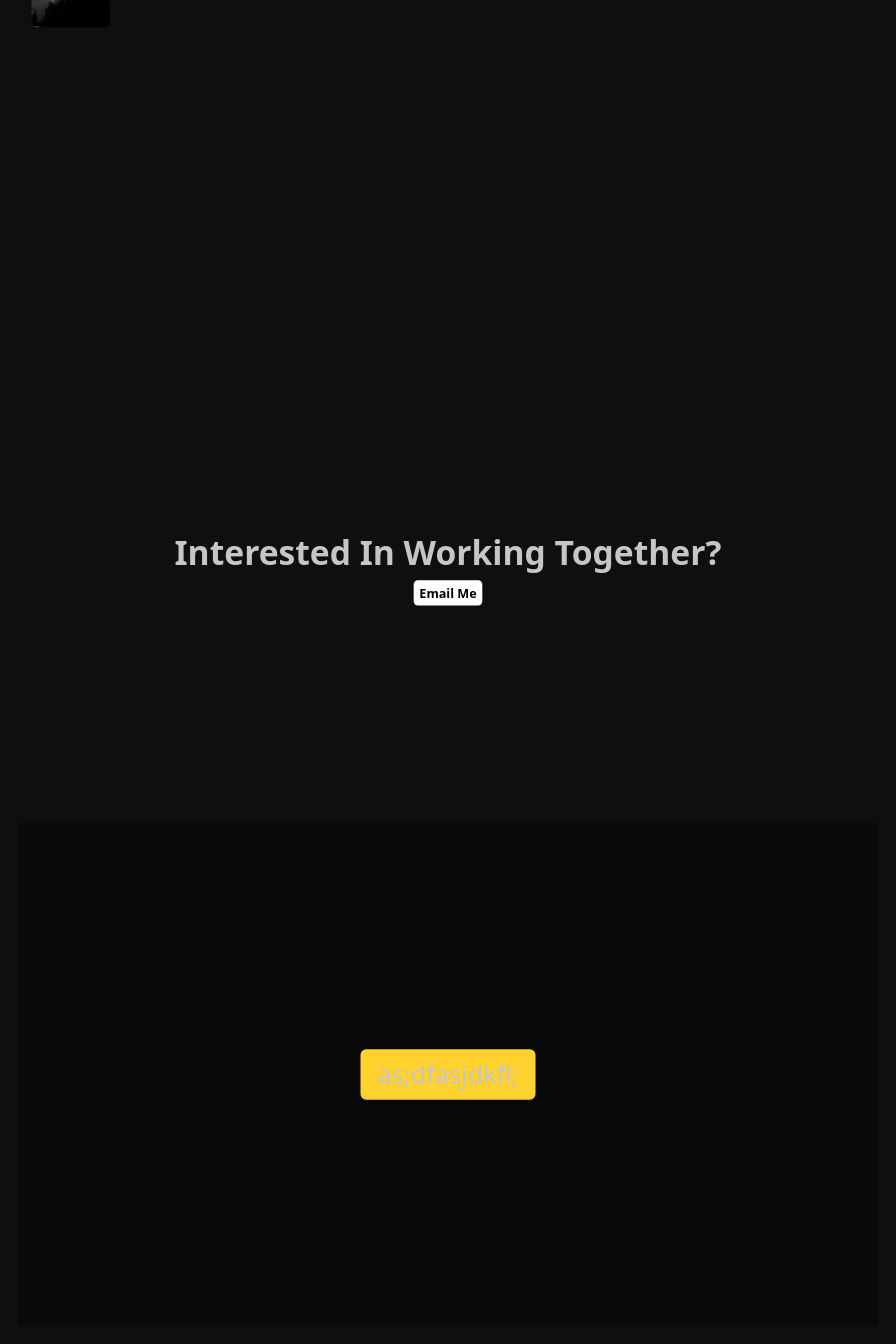
Repository: hitoutvrma/portfolio
Page: /
An editor plug-in stored every save of this project. The page is shown before and after the next save, followed by the edit.
The browser window is 1280 px wide. The pictures show the part of the page from y = 1010 to 2930 px (the page is 2930 px tall), at 70% of full size.
The project was rebuilt for these pictures with package versions that can differ from the ones it lists, and the page was loaded fresh each time. Also part of the build but not shown: vite.config.js.

Above is the page before, as saved 2025-03-08 21:09:53.

### src/index.css
@import "tailwindcss";
body{
    background-color: #0f0f0f;
    color: #c8c6c4;
    padding: 25px;
}

### src/App.jsx
import WorkTogether from './Components/WorkTogether'
import Front from './Components/Front'
import Work from './Components/Work'
import CursorImagePop from './Components/CursorImagePop'

function App() {

  return (
    <div className=''>

      <Front/>
      <Work/>
      <WorkTogether/>
      <CursorImagePop/>
    </div>
  )
}

export default App

### src/Components/WorkTogether.jsx


function WorkTogether() {
  return (
    <div className='h-screen sm:p-5 flex flex-col justify-center items-center'>
        <div className="flex items-center justify-center flex flex-col gap-4" >
      <p className="sm:text-5xl text-3xl text-center font-bold">
        Interested In Working Together?
        </p>
      <button className="px-2 py-1 text-lg font-bold  bg-white text-black hover:bg-pink-200 cursor-pointer transition-colors duration-300 rounded-md ">Email Me</button>
        </div>

    </div>
  )
}

export default WorkTogether

### src/Components/Front.jsx
import React from 'react'
import {animate, delay, hover, motion} from 'framer-motion'
import AnimatedParagraph from './AnimatedParagraph'
import AnimatedParagraphs from './AnimatedParagraph'
function Front() {
  const name = ["hitesh Verma"]
  const para1 = ["is an award-winning multidisciplinary digital web developer based in India"]
  const para2 = ["creative Director and founder at"]
  const para3 = ["bitCheat"]
  return (
    <div className='sm:h-screen md:h-screen'>
    <div className="sm:flex">
      <div className='hero sm:p-5 sm:text-[3vw] text-[8vw]  sm:w-[53vw]'>
      <logo className='text-4xl sm:text-5xl font-semibold font-[serif]'>hitoutvrma</logo>
        <p className='mt-28 leading-none text-[#8c8c8c]'>
          <span className='text-white font-semibold'><AnimatedParagraphs texts={name} delay={0}/></span>
           <AnimatedParagraph texts={para1 } delay={0.3}/></p>

        <div className='text-xl pt-4'>
          <p className='text-[#8c8c8c]'><AnimatedParagraph texts={para2} delay={0.6}/></p>
          <p className='font-semibold'><AnimatedParagraph texts={para3} delay={0.9}/></p>
          {/* <AnimatedParagraph/> */}
        </div>
        <motion.div initial={{opacity:0, scaleY:0.5}} animate={{opacity:1, scaleY:1}} transition={{duration:2, delay:1.4}} className=' flex sm:text-[2vh] sm:pb-0 pb-12 text-[1.8vh]  sm:pt-25 pt-28 flex-col sm:gap-3 gap-1'>
          <p className='text-[#8c8c8c] pb-4 text-[1.6vh]  sm:text-[2vh]'>CONNECT</p>
          <motion.div
        className="relative w-[90%]  font-bold text-white text-md cursor-pointer"
        initial="initial"
        whileHover="hover"
      >
        <p className='pb-2'>Twitter/X</p>

        {/* Static Gray Line */}
        <div className="absolute left-0 bottom-0 w-full    h-[0.1vh] bg-[#4c4c4c]"></div>

        {/* Animated Green Line */}
        <motion.div
          className="absolute left-0 bottom-0 h-[2px] bg-green-400"
          variants={{
            initial: { width: "0%" },
            hover: { width: "100%" },
            exit: {width: "0%"}
          }}
          transition={{hover: { duration: 2, ease: "easeInOut" },
          exit: { duration: 0.01 } }}
        />
      </motion.div>

      <motion.div
        className="relative w-[90%]  font-bold text-white text-md cursor-pointer"
        initial="initial"
        whileHover="hover"
      >
        <p className='pb-2'>Linkedin</p>

        {/* Static Gray Line */}
        <div className="absolute left-0 bottom-0 w-full    h-[0.1vh] bg-[#8c8c8c]"></div>

        {/* Animated Green Line */}
        <motion.div
          className="absolute left-0 bottom-0 h-[2px] bg-green-400"
          variants={{
            initial: { width: "0%" },
            hover: { width: "100%" },
            exit: {width: "0%"}
          }}
          transition={{hover: { duration: 2, ease: "easeInOut" },
          exit: { duration: 0.01 } }}
        />
      </motion.div>

      <motion.div
        className="relative w-[90%]  font-bold text-white text-md cursor-pointer"
        initial="initial"
        whileHover="hover"
      >
        <p className='pb-2'>Email</p>

        {/* Static Gray Line */}
        <div className="absolute left-0 bottom-0 w-full    h-[0.1vh] bg-[#8c8c8c]"></div>

        {/* Animated Green Line */}
        <motion.div
          className="absolute left-0 bottom-0 h-[2px] bg-green-400"
          variants={{
            initial: { width: "0%" },
            hover: { width: "100%" },
            exit: {width: "0%"}
          }}
          transition={{hover: { duration: 2, ease: "easeInOut" },
          exit: { duration: 0.01 } }}
        />
      </motion.div>

      <motion.div
        className="relative w-[90%]  font-bold text-white text-md cursor-pointer"
        initial="initial"
        whileHover="hover"
      >
        <p className='pb-2'>Instagram</p>

        {/* Static Gray Line */}
        <div className="absolute left-0 bottom-0 w-full    h-[0.1vh] bg-[#8c8c8c]"></div>

        {/* Animated Green Line */}
        <motion.div
          className="absolute left-0 bottom-0 h-[2px] bg-[#4285F4]"
          variants={{
            initial: { width: "0%" },
            hover: { width: "100%" },
            exit: {width: "0%"}
          }}
          transition={{hover: { duration: 2, ease: "easeInOut" },
          exit: { duration: 0.01 } }}
        />
      </motion.div>
        </motion.div>
        </div>

        <motion.div  // Faster hover scale effect
  initial={{ opacity: 0, scale: 0.9 }}
  animate={{ opacity: 1, scale: 1 }}
  transition={{ duration: 1.5, delay: 1.5 }} // Reduced duration so hover works smoothly
  style={{ backgroundImage: "url('/user.jpg')" }}
  className='bg-cover sm:bg-[center_top_60%] bg-[center_top_80%] w-[95%] h-[50vh] sm:w-[43vw] sm:h-[92vh] bg-[#3a3a3a] rounded-md'>
</motion.div>


      </div>
        </div>
  )
}

export default Front

### src/Components/Work.jsx
import React from 'react'
import Card from './Card'

function Work() {
  return (
    <div className='h-auto min-h-screen sm:p-5 '>
      <div className='pt-15  pb-15'><p>WORK & PROJECTS</p></div>
      <div className='grid grid-cols-1 sm:grid-cols-2 md:grid-cols-3 lg:grid-cols-4 gap-y-10 gap-x-8'>
        <Card bgImage={'/user.jpg'}
         name={"honeytype"}
         width={"sm:w-28"}
         height={"sm:h-35"}
         />

      </div>
    </div>
  )
}

export default Work

### src/Components/CursorImagePop.jsx
import { useState, useEffect } from "react";

const CursorImagePop = () => {
    const images = ["/1.jpg", "/r.jpg", "/3.jpg", "/4.jpg", "/5.jpg", "/6.jpg"]; // Image list
    const [imageIndex, setImageIndex] = useState(0);
    const [positions, setPositions] = useState([]);
    const minDistance = 120; // Minimum distance to trigger next image

    useEffect(() => {
        const handleMouseMove = (e) => {
            if (positions.length > 0) {
                const lastPos = positions[positions.length - 1];
                const distance = Math.sqrt((e.clientX - lastPos.x) ** 2 + (e.clientY - lastPos.y) ** 2);
                if (distance < minDistance) return;
            }

            const newImage = {
                id: Date.now(),
                src: images[imageIndex],
                x: e.clientX,
                y: e.clientY
            };

            setPositions((prev) => [...prev, newImage]);

            setImageIndex((prev) => (prev + 1) % images.length);

            setTimeout(() => {
                setPositions((prev) => prev.filter((img) => img.id !== newImage.id));
            }, 3000); // Remove after 3 sec
        };

        window.addEventListener("mousemove", handleMouseMove);
        return () => window.removeEventListener("mousemove", handleMouseMove);
    }, [imageIndex, positions]);

    return (
        <div className="relative flex justify-center items-center" style={{ height: "100vh", overflow: "hidden" }}>
            {/* Background Overlay with opacity */}
            <div className="absolute inset-0 bg-black opacity-30"></div>

            {/* Center Div (Fully Opaque) */}
            <div className="absolute z-10 bg-amber-300 text-4xl px-6 py-4 rounded-lg shadow-lg">
                as;dfasjdkfl;
            </div>

            {/* Floating Images */}
            {positions.map((img) => (
                <img
                    key={img.id}
                    src={img.src}
                    alt=""
                    className="pop-image"
                    style={{
                        position: "absolute",
                        width: "260px",
                        height: "auto",
                        pointerEvents: "none",
                        transform: "translate(-50%, -50%)",
                        left: img.x,
                        top: img.y,
                        transition: "opacity 4s ease-out"
                    }}
                />
            ))}
        </div>
    );
};

export default CursorImagePop;

### src/Components/AnimatedParagraph.jsx
import { motion } from "framer-motion";

export default function AnimatedParagraphs({ texts, delay = 0.5 }) {
  return (
    // <div className="flex justify-center items-center h-screen bg-black text-white p-10 flex-col">
      <motion.div
        initial="hidden"
        animate="visible"
        variants={{
          hidden: {},
          visible: {
            transition: { staggerChildren: delay },
          },
        }}
      >
        {texts.map((text, i) => (
          <motion.p
            key={i}

            initial={{ opacity: 0 }} // Initially hidden
            animate={{ opacity: 1 }} // Fully visible
            transition={{ duration: 0.5, delay: delay }} // Delays each paragraph based on index
          >
            {text.split(" ").map((word, index) => (
              <motion.span
                key={index}
                className="mr-1 inline-block"
                initial={{ opacity: 0.05, x: -4 }}
                animate={{ opacity: 1, x: 0 }}
                transition={{ duration: 5, ease: "linear", delay: delay }} // Delay applied properly
              >
                {word}
              </motion.span>
            ))}
          </motion.p>
        ))}
      </motion.div>
    // </div>
  );
}

### src/Components/Card.jsx
import { motion, useInView } from "framer-motion";
import { useRef } from "react";

function Card({ width = "sm:w-[18vw]", height = "sm:h-[30vh]", name, bgImage }) {
  const ref = useRef(null);
  const isInView = useInView(ref, { once: true, margin: "-50px" });

  return (
    <div>

    <motion.div
      ref={ref}
      initial={{ y: 40, scale: 0.8, opacity: 0 }}
      animate={isInView ? { y: 0, scale: 1, opacity: 1 } : {}}
      transition={{ duration: 1, ease: "easeOut" }}
      style={{
        // height: `${height}vh`,
        // width: `${width}vw`,
        backgroundImage: `url(${bgImage})`,
        backgroundSize: "cover",
        backgroundPosition: "center"
      }}
      className={`relative card group bg-amber-300 overflow-hidden rounded-lg h-[45vh] w-[85vw] ${width} ${height}  `}
      >
      {/* Name (Hidden initially, appears on hover) */}
      <h1 className="absolute top-2 left-2 text-white text-[1.9vh] sm:opacity-0 sm:-translate-y-4 transition-all sm:duration-300 sm:group-hover:opacity-100 sm:group-hover:translate-y-0">
        {name}
      </h1>

      {/* Footer (Hidden initially, appears on hover) */}
      <footer className="absolute bottom-0 left-0 right-0 flex gap-2 p-3 sm:p-2 sm:opacity-0 sm:translate-y-4 transition-all sm:duration-300 sm:group-hover:opacity-100 sm:group-hover:translate-y-0">
        <button className="px-2 py-1 backdrop-blur-xl bg-white/30 text-white text-[1.5vh]">
          Web
        </button>
        <button className="px-2 py-1 backdrop-blur-xl bg-white/30 text-white text-[1.5vh]">
          React
        </button>
      </footer>
    </motion.div>

    </div>

  );
}

export default Card;

Loaded but not shown: index.html (common file); src/main.jsx (common file)

After the next save:
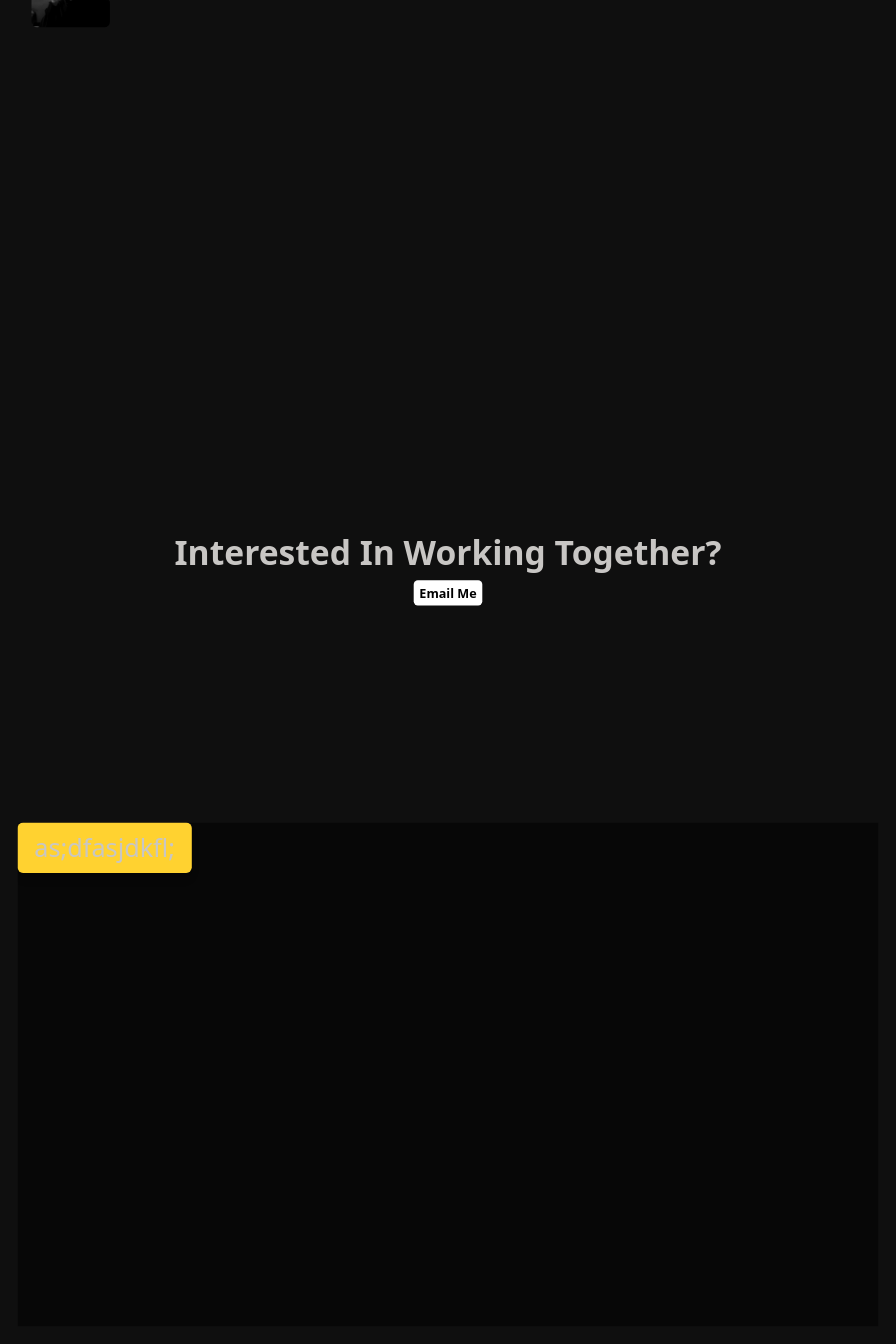
Saved 91 s later.
--- a/src/Components/CursorImagePop.jsx
+++ b/src/Components/CursorImagePop.jsx
@@ -35,12 +35,12 @@
     }, [imageIndex, positions]);
 
     return (
-        <div className="relative flex justify-center items-center" style={{ height: "100vh", overflow: "hidden" }}>
+        <div className="relative h-screen w-full overflow-hidden">
             {/* Background Overlay with opacity */}
-            <div className="absolute inset-0 bg-black opacity-30"></div>
+            <div className="absolute inset-0 bg-black opacity-50"></div>
 
-            {/* Center Div (Fully Opaque) */}
-            <div className="absolute z-10 bg-amber-300 text-4xl px-6 py-4 rounded-lg shadow-lg">
+            {/* Center Div - Full Opacity */}
+            <div className="absolute z-20 bg-amber-300 text-4xl px-6 py-4 rounded-lg shadow-lg">
                 as;dfasjdkfl;
             </div>
 
@@ -50,16 +50,15 @@
                     key={img.id}
                     src={img.src}
                     alt=""
-                    className="pop-image"
+                    className="absolute pointer-events-none"
                     style={{
-                        position: "absolute",
                         width: "260px",
                         height: "auto",
-                        pointerEvents: "none",
                         transform: "translate(-50%, -50%)",
                         left: img.x,
                         top: img.y,
-                        transition: "opacity 4s ease-out"
+                        opacity: 1,
+                        transition: "opacity 1s ease-out"
                     }}
                 />
             ))}

After the save that followed:
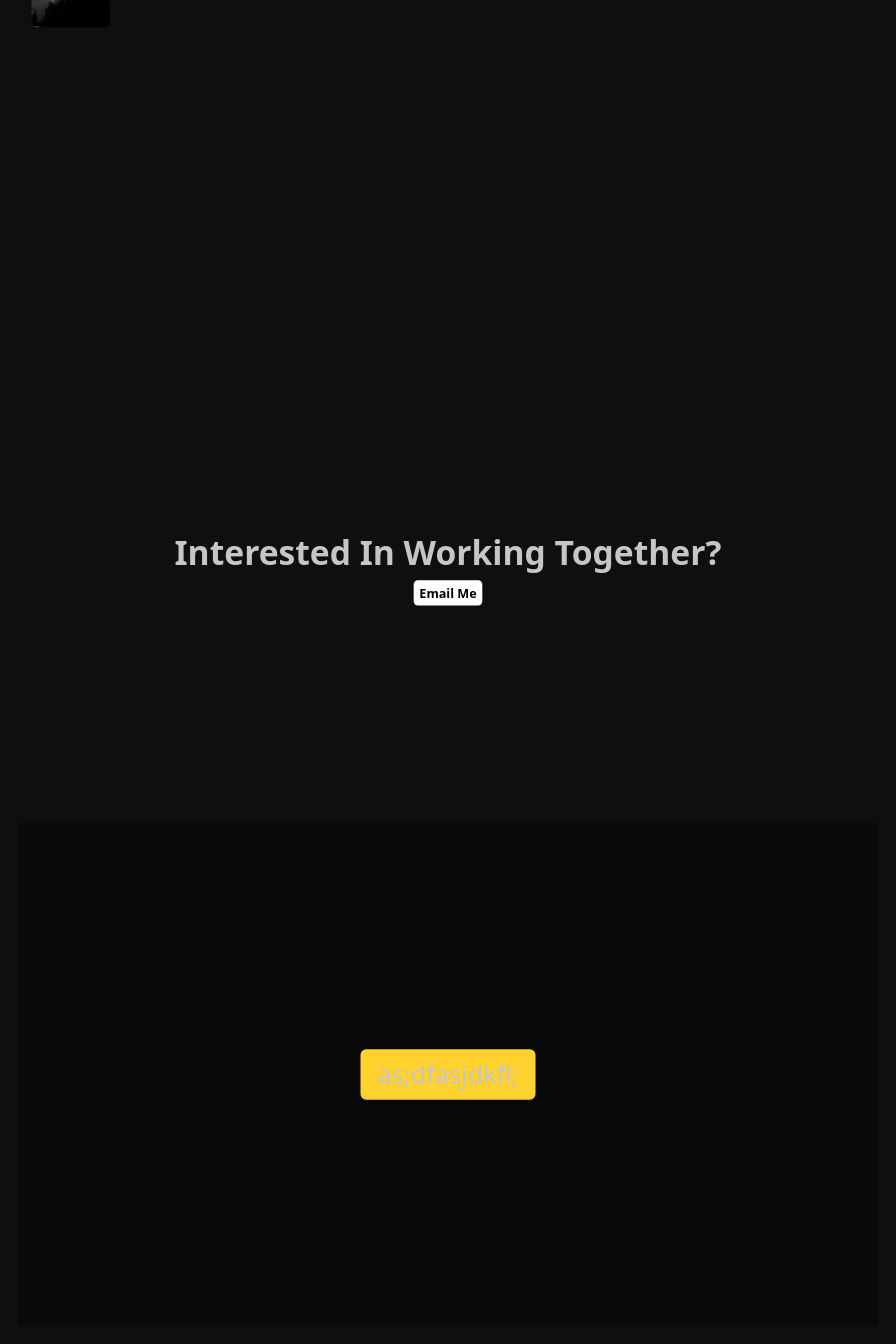
Saved 8 s later.
--- a/src/Components/CursorImagePop.jsx
+++ b/src/Components/CursorImagePop.jsx
@@ -35,12 +35,12 @@
     }, [imageIndex, positions]);
 
     return (
-        <div className="relative h-screen w-full overflow-hidden">
+        <div className="relative flex justify-center items-center" style={{ height: "100vh", overflow: "hidden" }}>
             {/* Background Overlay with opacity */}
-            <div className="absolute inset-0 bg-black opacity-50"></div>
+            <div className="absolute inset-0 bg-black opacity-30"></div>
 
-            {/* Center Div - Full Opacity */}
-            <div className="absolute z-20 bg-amber-300 text-4xl px-6 py-4 rounded-lg shadow-lg">
+            {/* Center Div (Fully Opaque) */}
+            <div className="absolute z-10 bg-amber-300 text-4xl px-6 py-4 rounded-lg shadow-lg">
                 as;dfasjdkfl;
             </div>
 
@@ -50,15 +50,16 @@
                     key={img.id}
                     src={img.src}
                     alt=""
-                    className="absolute pointer-events-none"
+                    className="pop-image"
                     style={{
+                        position: "absolute",
                         width: "260px",
                         height: "auto",
+                        pointerEvents: "none",
                         transform: "translate(-50%, -50%)",
                         left: img.x,
                         top: img.y,
-                        opacity: 1,
-                        transition: "opacity 1s ease-out"
+                        transition: "opacity 4s ease-out"
                     }}
                 />
             ))}
